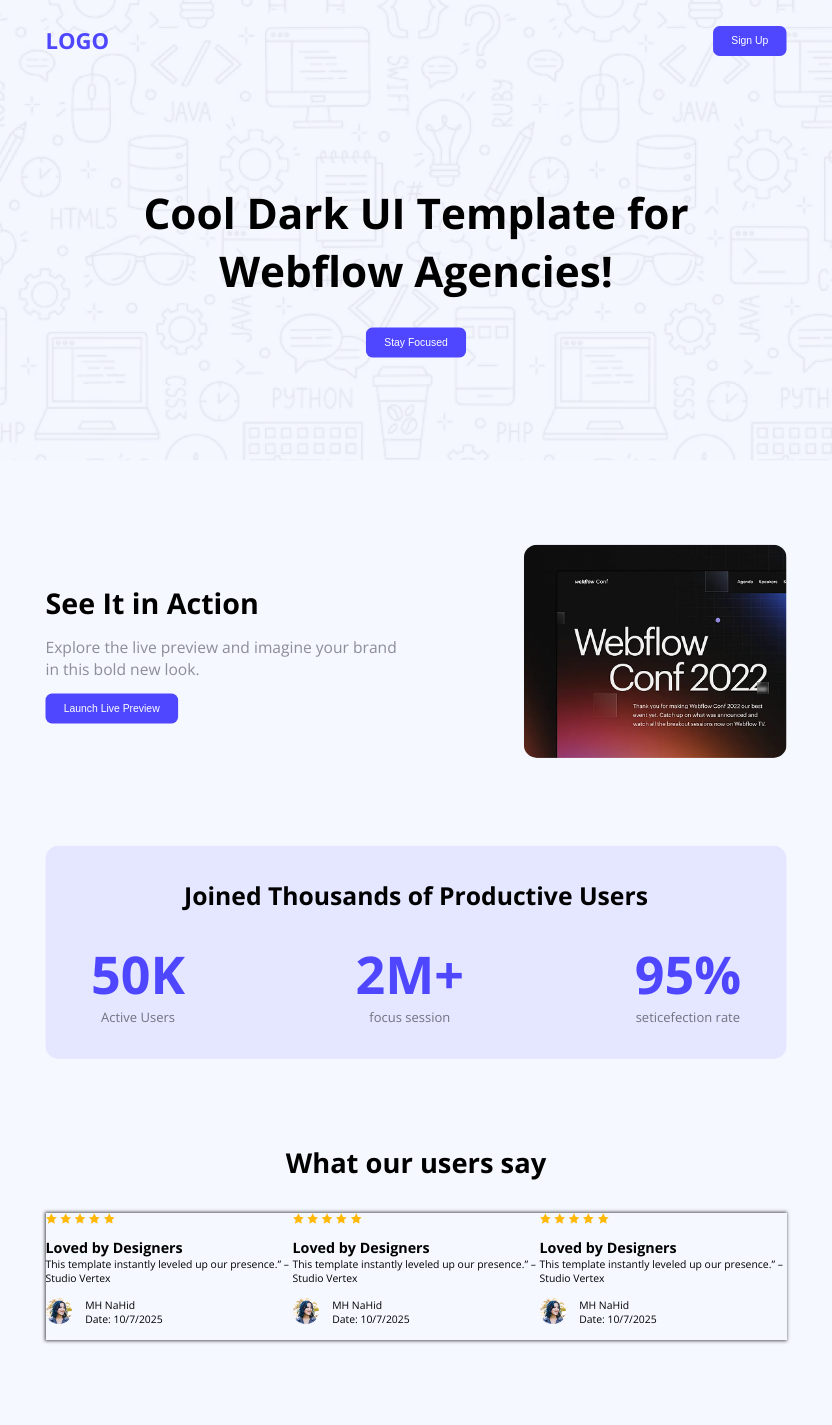
Repository: nahid-hasann/website-3
Page: index.html
These files come from the project's save history. The page is drawn as it stood at one moment and after the next save; the edit follows.
The browser window is 1280 px wide. The pictures show the whole page, at 65% of full size.

Above is the page before, as saved 2025-07-10 21:06:48.

After the next save:
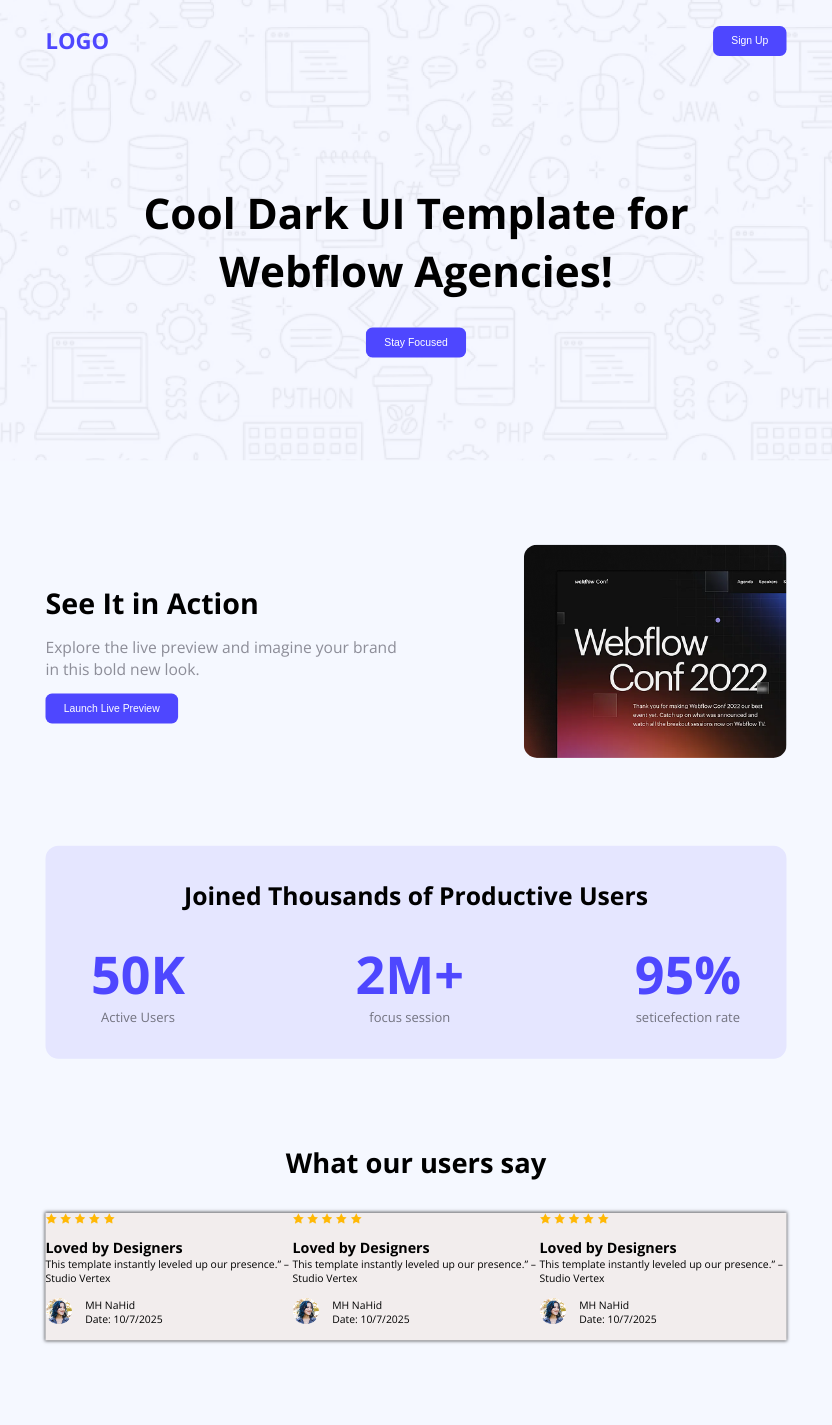
Saved 22 s later.
--- a/style.css
+++ b/style.css
@@ -153,5 +153,5 @@
     box-shadow: 0px 0px 5px 1px rgba(0,0,0,0.67);
 -webkit-box-shadow: 0px 0px 5px 1px rgba(0,0,0,0.67);
 -moz-box-shadow: 0px 0px 5px 1px rgba(0,0,0,0.67);
-background-color: fffff;
+background-color: rgba(242, 237, 237, 1);
 }

After the 2 saves that followed:
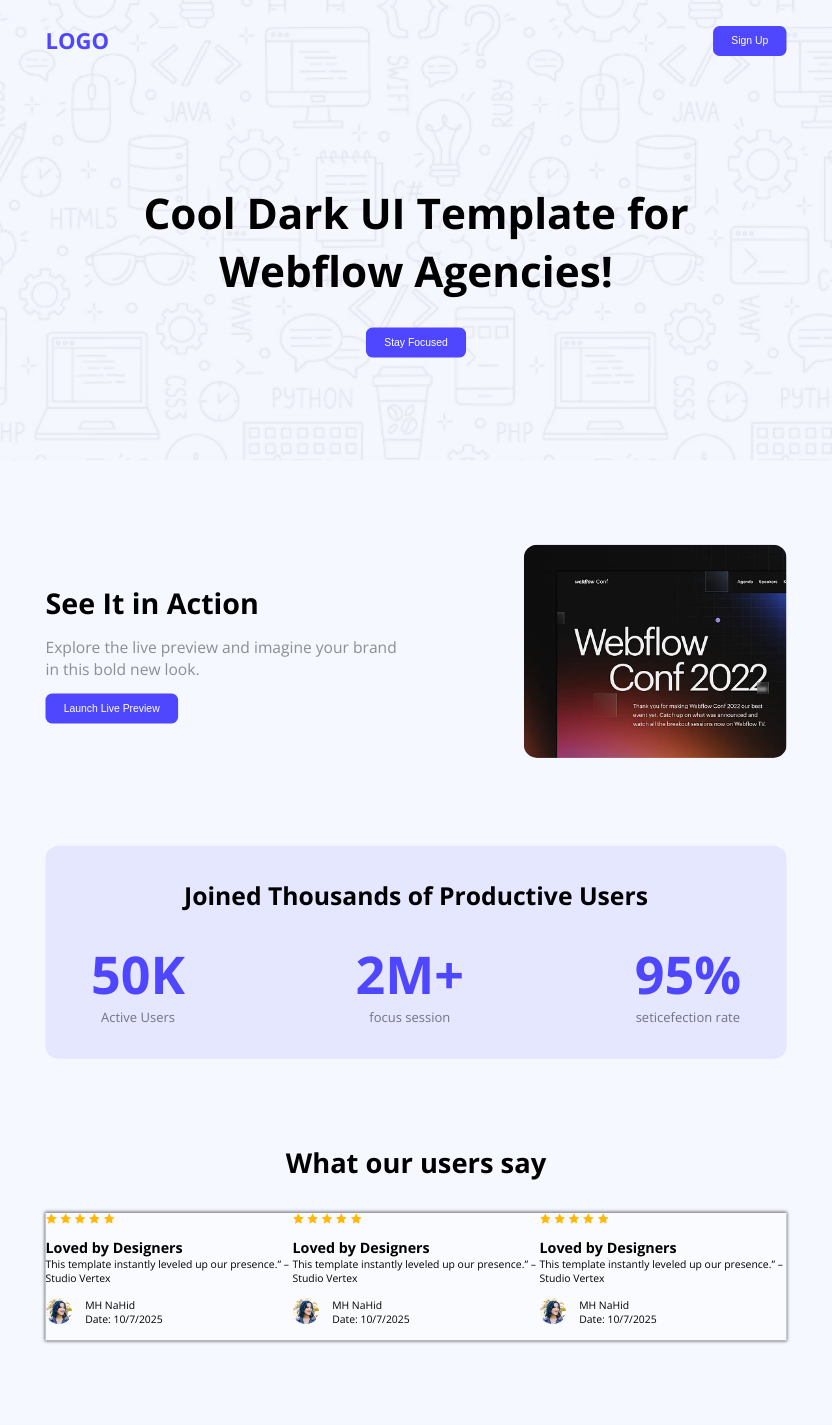
The 2 saves are shown as one change because they came seconds apart.
The last was saved 23 s later.
--- a/style.css
+++ b/style.css
@@ -153,5 +153,5 @@
     box-shadow: 0px 0px 5px 1px rgba(0,0,0,0.67);
 -webkit-box-shadow: 0px 0px 5px 1px rgba(0,0,0,0.67);
 -moz-box-shadow: 0px 0px 5px 1px rgba(0,0,0,0.67);
-background-color: rgba(242, 237, 237, 1);
+background-color: #fafbff;
 }
